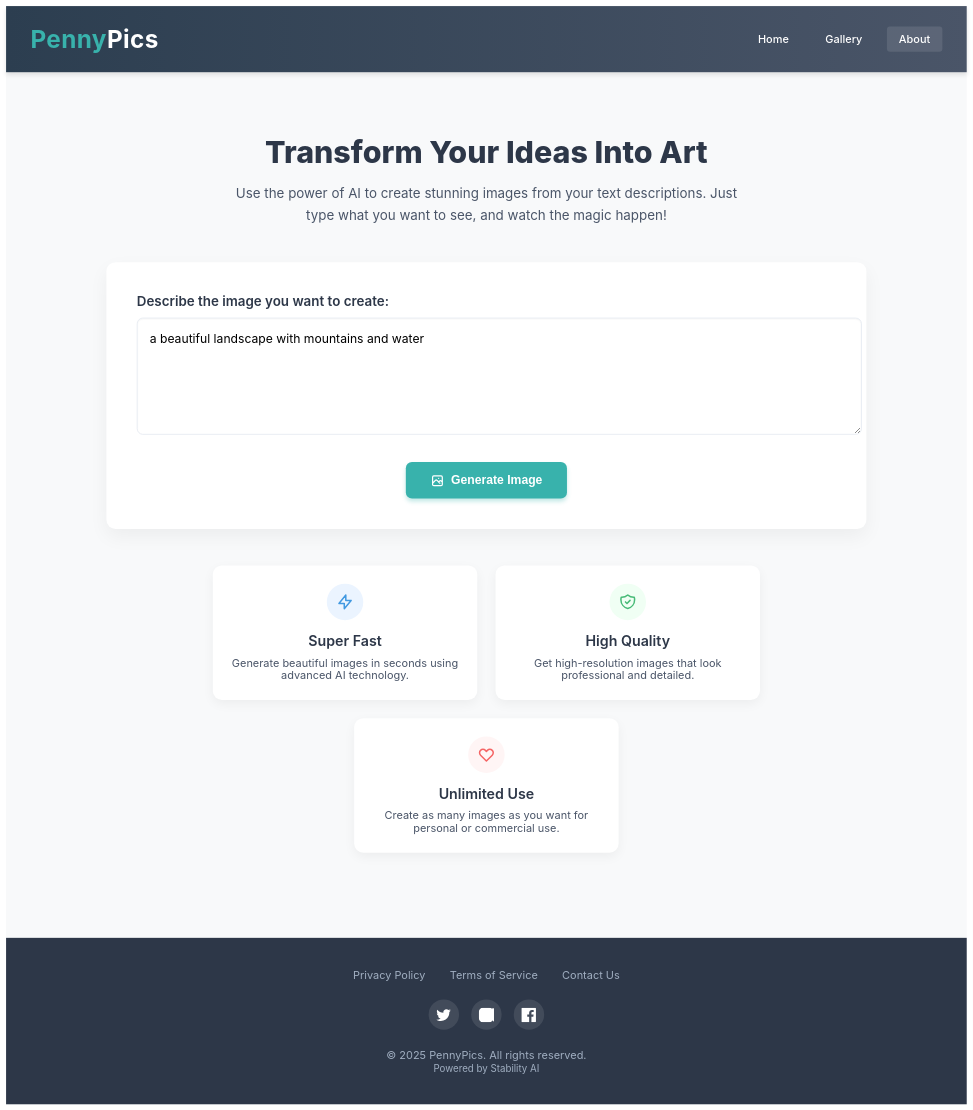
Repository: b0ase/pennypics
Page: /
These files come from the project's save history. The page is drawn as it stood at one moment and after the next save; the edit follows.
The browser window is 1280 px wide. The pictures show the whole page, at 76% of full size.
The project was rebuilt for these pictures with package versions that can differ from the ones it lists, and the page was loaded fresh each time. The framework's server and built-in components were replaced by stand-ins that run in the browser. Also part of the build but not shown: next.config.js.

Above is the page before, as saved 2025-04-10 13:35:43.

After the next save:
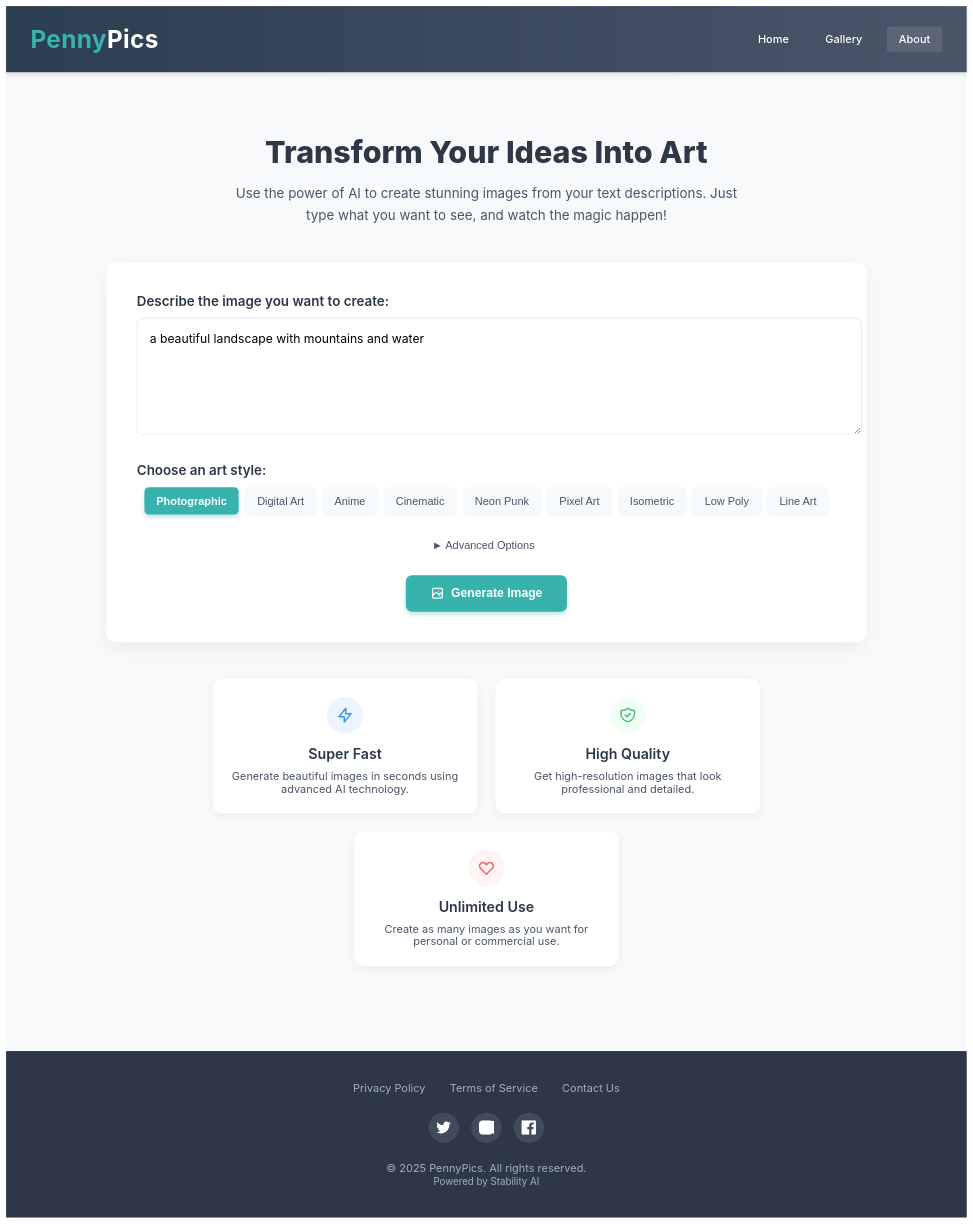
Saved 28 s later.
--- a/pages/index.js
+++ b/pages/index.js
@@ -212,6 +212,78 @@ export default function Home() {
               }}
               placeholder="Example: A futuristic cityscape with flying cars and neon lights"
             />
+          </div>
+
+          <div style={{ marginBottom: '1.5rem' }}>
+            <label
+              style={{
+                display: 'block',
+                marginBottom: '0.75rem',
+                fontWeight: '600',
+                color: '#2d3748',
+                fontSize: '1.1rem'
+              }}
+            >
+              Choose an art style:
+            </label>
+            <div style={{
+              display: 'flex',
+              flexWrap: 'wrap',
+              gap: '0.5rem',
+              justifyContent: 'center'
+            }}>
+              {STYLE_OPTIONS.map(styleOption => (
+                <button
+                  key={styleOption.id}
+                  type="button"
+                  onClick={() => setStyle(styleOption.id)}
+                  style={{
+                    padding: '0.6rem 1rem',
+                    border: 'none',
+                    borderRadius: '6px',
+                    backgroundColor: style === styleOption.id ? '#38b2ac' : '#f7fafc',
+                    color: style === styleOption.id ? 'white' : '#4a5568',
+                    fontWeight: style === styleOption.id ? '600' : '500',
+                    fontSize: '0.9rem',
+                    cursor: 'pointer',
+                    transition: 'all 0.2s',
+                    boxShadow: style === styleOption.id
+                      ? '0 4px 6px rgba(56, 178, 172, 0.3)'
+                      : '0 1px 3px rgba(0,0,0,0.05)',
+                  }}
+                  title={styleOption.description}
+                >
+                  {styleOption.name}
+                </button>
+              ))}
+            </div>
+          </div>
+
+          <div style={{
+            marginBottom: '1.5rem',
+            display: 'flex',
+            justifyContent: 'center'
+          }}>
+            <button
+              type="button"
+              onClick={() => setShowAdvanced(!showAdvanced)}
+              style={{
+                background: 'none',
+                border: 'none',
+                color: '#4a5568',
+                fontSize: '0.9rem',
+                display: 'flex',
+                alignItems: 'center',
+                cursor: 'pointer',
+                padding: '0.5rem 0.75rem',
+                borderRadius: '4px',
+                transition: 'background 0.2s'
+              }}
+            >
+              <span style={{ marginRight: '0.5rem' }}>
+                {showAdvanced ? '▼' : '►'} Advanced Options
+              </span>
+            </button>
           </div>
 
           <div style={{ textAlign: 'center' }}>
